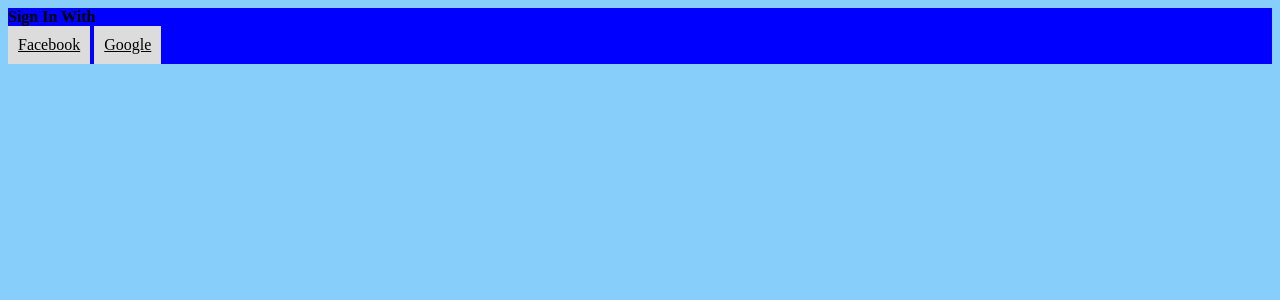
Repository: Tobby004/bdc-assignment-2
Page: index.html
The author's editor kept a copy of each file at every save. The page is drawn from the files as they stood at one save, then again after the next save.
The browser window is 1280 px wide. The pictures show the whole page.

Above is the page before, as saved 2023-02-08 04:35:17.

### index.html
<!DOCTYPE html>
<html lang="en">
<head>
    <meta charset="UTF-8">
    <meta http-equiv="X-UA-Compatible" content="IE=edge">
    <meta name="viewport" content="width=<device-width>, initial-scale=1.0">
    <title>Document</title>
    <link rel="stylesheet" href="task.css"
</head>
<body>
    <header>
    <div class="flex-container">
        <div>
            <strong>Sign In With </strong>
        </div>
        <br>
        <a href="#">
            Facebook</a>
            <a href="#">
                Google
            </a>
        </div>
    </header>
</body>
</html>

### task.css
* {
    box-sizing: border-box;
}
body {
    background-color: lightskyblue;
}
header{
    background-color: blue;

}
div a {
    background: gainsboro;
    display: inline-flex;
    padding:10px;
    color: black;
}
div {
    display: inline;
}

After the next save:
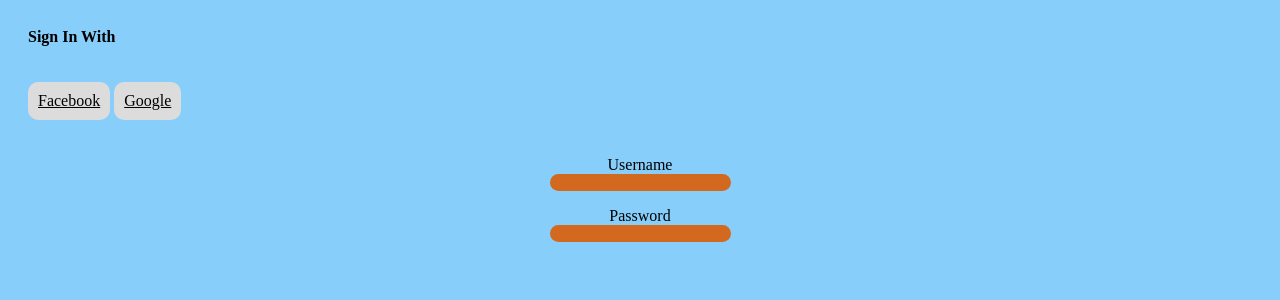
Saved 25 min 15 s later.
--- a/index.html
+++ b/index.html
@@ -5,7 +5,7 @@
     <meta http-equiv="X-UA-Compatible" content="IE=edge">
     <meta name="viewport" content="width=<device-width>, initial-scale=1.0">
     <title>Document</title>
-    <link rel="stylesheet" href="task.css"
+    <link rel="stylesheet" href="task.css">
 </head>
 <body>
     <header>
@@ -14,12 +14,23 @@
             <strong>Sign In With </strong>
         </div>
         <br>
+        <br>
         <a href="#">
             Facebook</a>
             <a href="#">
                 Google
             </a>
+        </header>
+
+        <center><div class="form input">
+        <p>Username
+            <input type="text" placeholder="" />
+        </p>
+         <p>Password
+            <input type="password" /></
+         </p>
+        <center>
         </div>
-    </header>
+
 </body>
 </html>
--- a/task.css
+++ b/task.css
@@ -4,16 +4,33 @@
 body {
     background-color: lightskyblue;
 }
-header{
-    background-color: blue;
-
+header {
+    font-size: medium;
+    border-bottom: 20px;
+    padding: 20px;
+    margin-left: auto;
+    margin-right: auto;
+    justify-content: center;
 }
 div a {
     background: gainsboro;
     display: inline-flex;
     padding:10px;
     color: black;
+    border-radius: 10px;
+    margin-left: auto;
+    margin-right: auto;
 }
-div {
-    display: inline;
+.form-input {
+    max-width: 500px;
+    width: 100px;
+
+    margin-right: auto;
 }
+input{
+    display: block;
+    background-color: chocolate;
+    border-radius: 15px;
+    border: none;
+    margin-bottom: none;
+}
